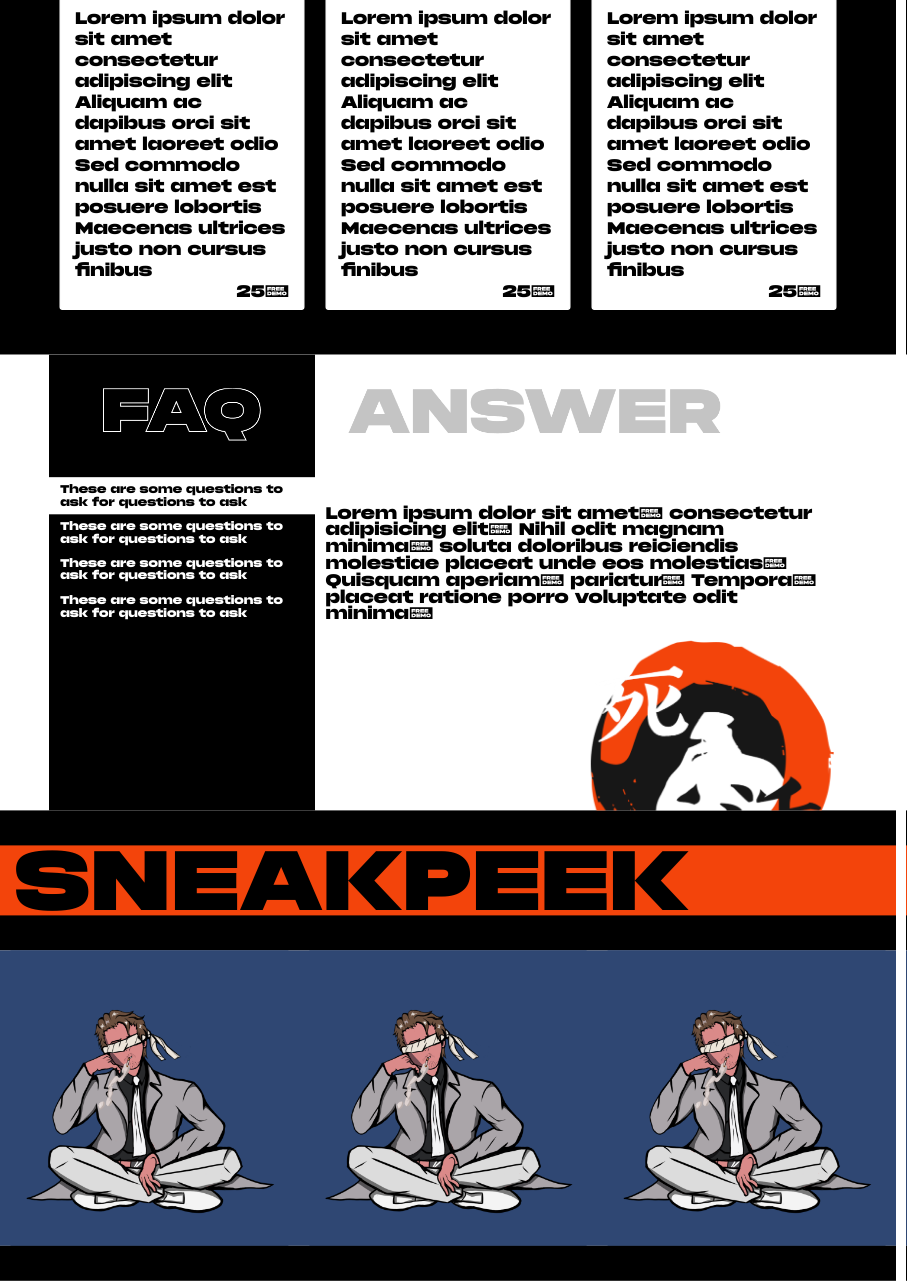
Repository: danishmahmoodawan/Sneakpeak
Page: /
An editor plug-in stored every save of this project. The page is shown before and after a run of saves, followed by the edit.
The browser window is 1280 px wide. The page is 1295 px wide, so the pictures cover 1295 px, including what lies to the right of the window. The pictures show the part of the page from y = 1194 to 3074 px (the page is 3024 px tall before and 3074 px after), at 70% of full size.
The project was rebuilt for these pictures with package versions that can differ from the ones it lists, and the page was loaded fresh each time.

Above is the page before, as saved 2022-02-28 22:02:10.

After the next 5 saves:
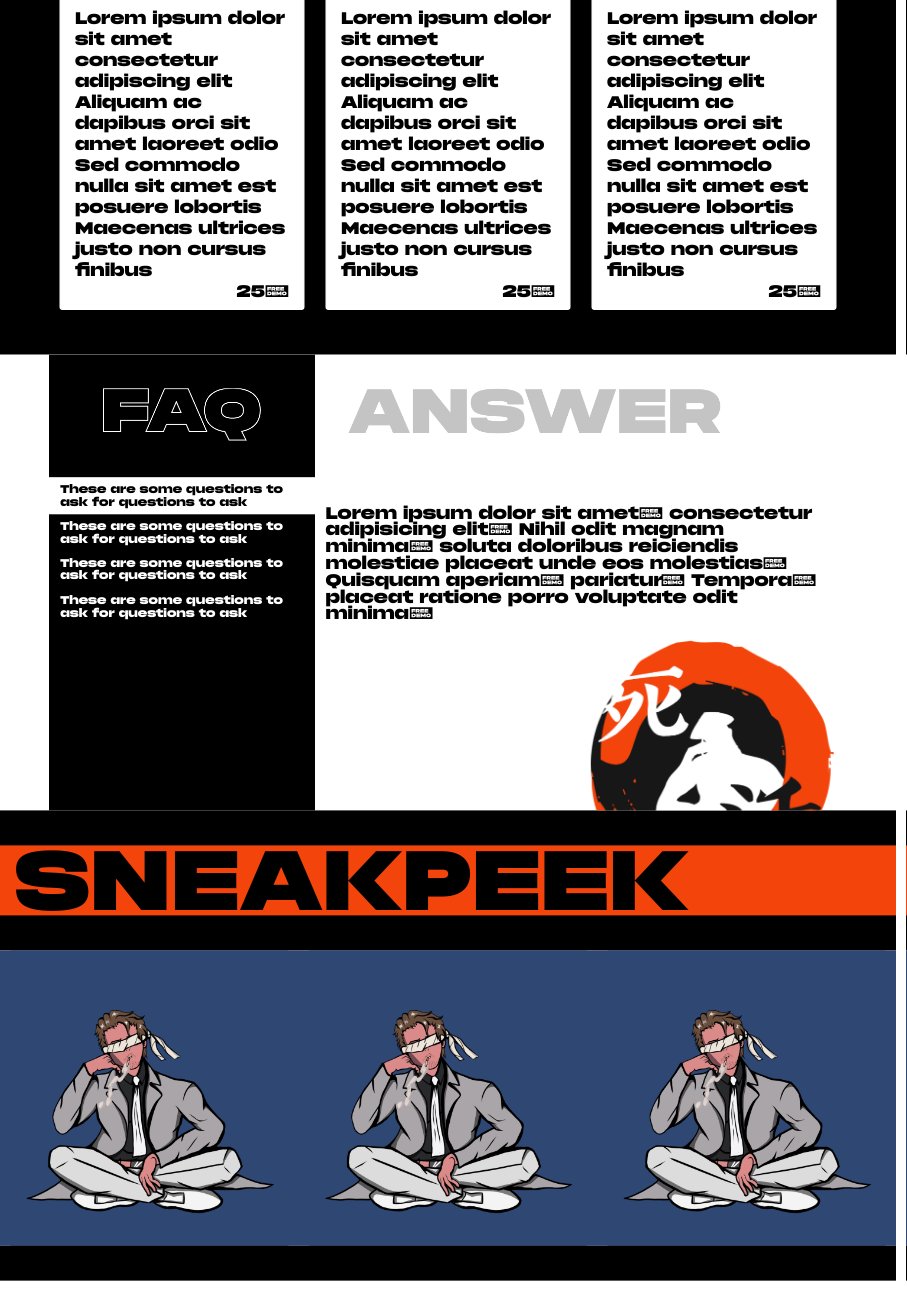
The 5 saves are shown as one change because they came seconds apart.
The last was saved 11 s later.
--- a/public/assets/css/style.css
+++ b/public/assets/css/style.css
@@ -88,10 +88,11 @@ h2{
 }
 .empty_div{
 height: 50px;
-background: #000 !important;
+background: #000;
 }
 .empty_divs{
-height: ;
+height: 50px;
+background: white;
 }
 .top_content .button{
   font-family: VT323;
